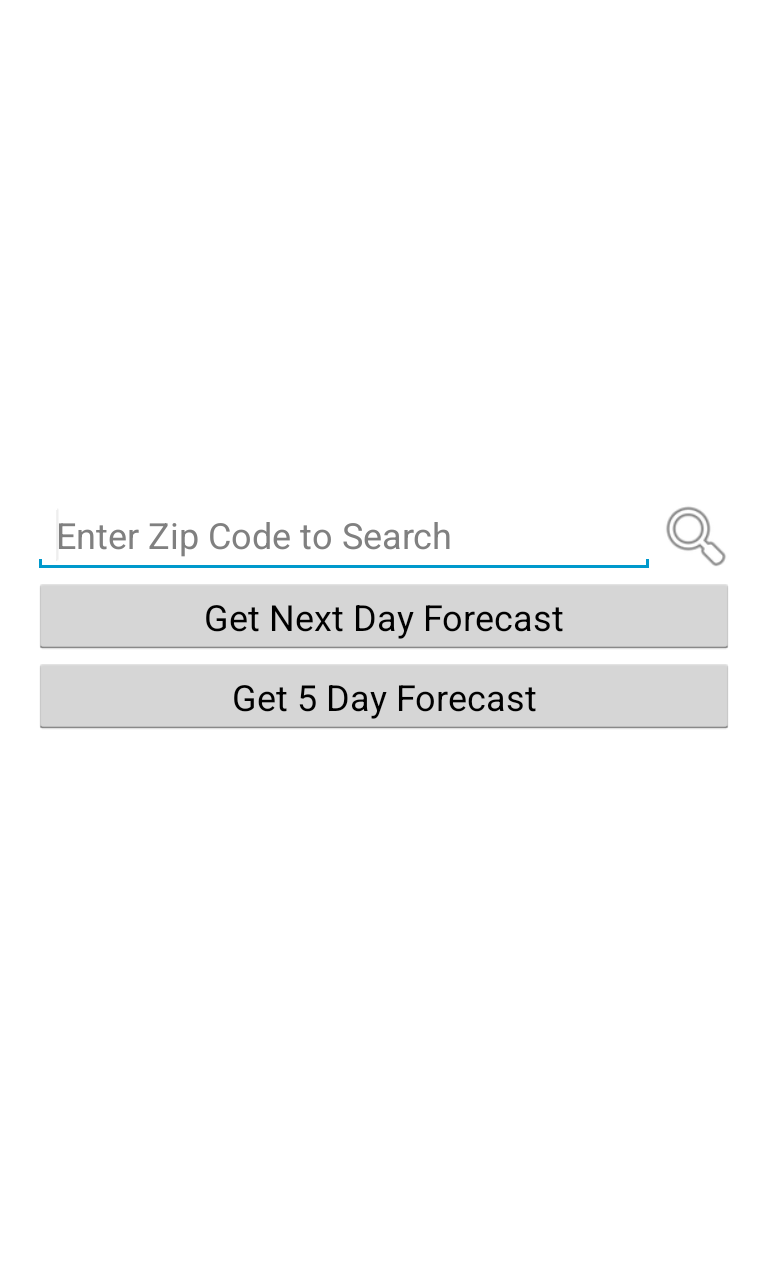
Repository: fsoDannis/J2_913
Layout: WeatherPull/res/layout/activity_main.xml
An editor plug-in stored every save of this project. The layout is shown before and after the next save, followed by the edit.
It is drawn on a 768 x 1280 px phone screen (xhdpi) without system bars, with theme AppTheme; the app's code is not run. Lists and similar views that code fills are empty.

Above is the layout before, as saved 2013-09-15 04:33:37.

After the next save:
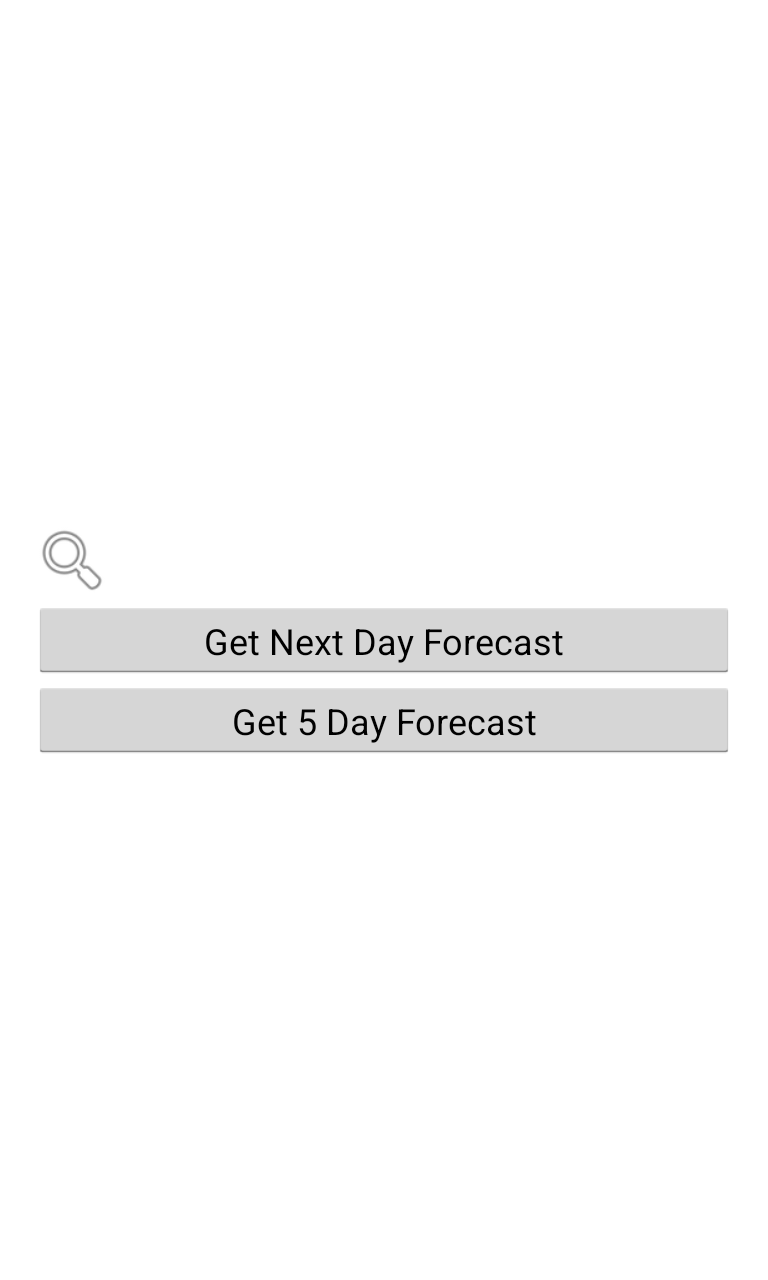
Saved 75 s later.
--- a/WeatherPull/res/layout/activity_main.xml
+++ b/WeatherPull/res/layout/activity_main.xml
@@ -36,6 +36,16 @@
             android:layout_height="40dp"
             android:background="@android:drawable/ic_menu_search"
             tools:ignore="ContentDescription" />
+
+
+               <TextView
+        android:id="@+id/resultTextView"
+        android:layout_width="match_parent"
+        android:layout_height="match_parent"
+        android:layout_marginTop="5dp"
+        android:autoLink="all"
+        android:text="" />
+
     </LinearLayout>
 
             <Button
@@ -52,18 +62,14 @@
                 android:text="Get 5 Day Forecast"
                 tools:ignore="ContentDescription" />
 
+
+
 	<LinearLayout
 		android:layout_width="match_parent"
         android:layout_height="wrap_content"
         android:orientation="vertical">
 
-	     <TextView
-        android:id="@+id/resultTextView"
-        android:layout_width="match_parent"
-        android:layout_height="match_parent"
-        android:layout_marginTop="5dp"
-        android:autoLink="all"
-        android:text="" />
+
 
         <ListView
             android:id="@+id/list"
